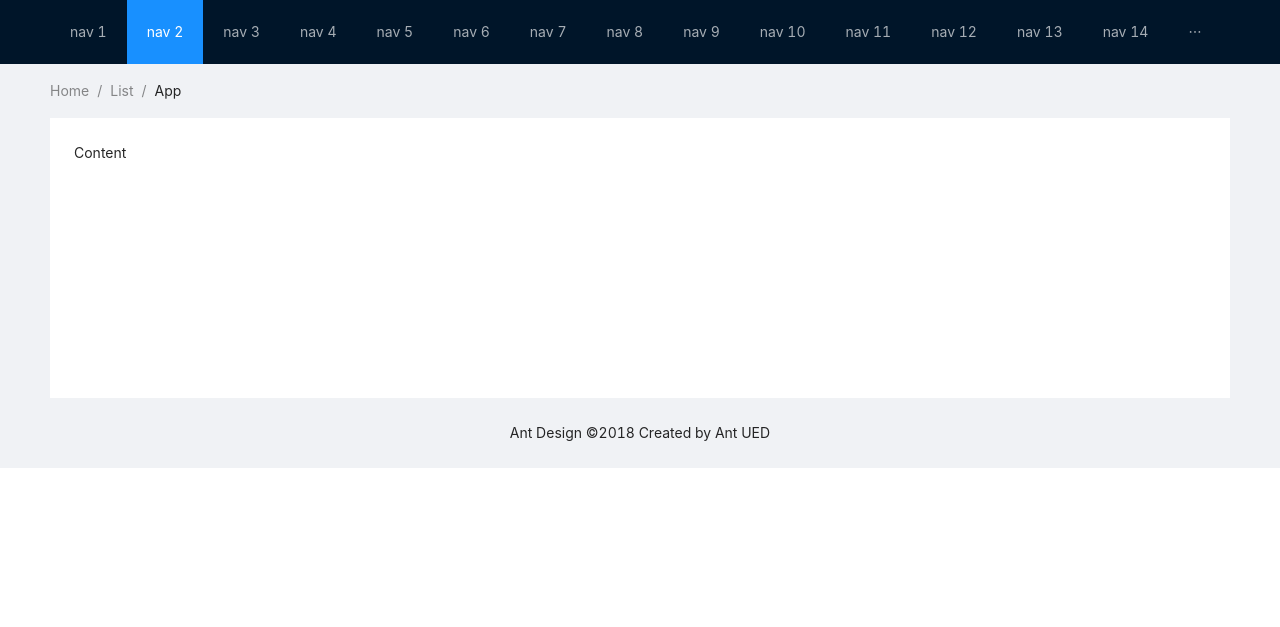
Repository: yangddoddi/community_react
Page: /
These files come from the project's save history. The page is drawn as it stood at one moment and after the next save; the edit follows.
The browser window is 1280 px wide. The pictures show the whole page.
The project was rebuilt for these pictures with package versions that can differ from the ones it lists, and the page was loaded fresh each time.

Above is the page before, as saved 2022-08-17 01:48:58.

### src/App.js
import { Breadcrumb, Layout, Menu } from "antd";
import React from "react";
import "./App.scss";
import "antd/dist/antd.css";
const { Header, Content, Footer } = Layout;

const App = () => (
  <Layout className="layout">
    <Header>
      <div className="logo" />
      <Menu
        theme="dark"
        mode="horizontal"
        defaultSelectedKeys={["2"]}
        items={new Array(15).fill(null).map((_, index) => {
          const key = index + 1;
          return {
            key,
            label: `nav ${key}`,
          };
        })}
      />
    </Header>
    <Content
      style={{
        padding: "0 50px",
      }}
    >
      <Breadcrumb
        style={{
          margin: "16px 0",
        }}
      >
        <Breadcrumb.Item>Home</Breadcrumb.Item>
        <Breadcrumb.Item>List</Breadcrumb.Item>
        <Breadcrumb.Item>App</Breadcrumb.Item>
      </Breadcrumb>
      <div className="site-layout-content">Content</div>
    </Content>
    <Footer
      style={{
        textAlign: "center",
      }}
    >
      Ant Design ©2018 Created by Ant UED
    </Footer>
  </Layout>
);

export default App;

### src/App.scss
.site-layout-content {
    min-height: 280px;
    padding: 24px;
    background: #fff;
  }
  #components-layout-demo-top .logo {
    float: left;
    width: 120px;
    height: 31px;
    margin: 16px 24px 16px 0;
    background: rgba(255, 255, 255, 0.3);
  }
  .ant-row-rtl #components-layout-demo-top .logo {
    float: right;
    margin: 16px 0 16px 24px;
  }

Loaded but not shown: public/index.html (common file); src/index.js (common file); src/index.css (common file); src/reportWebVitals.js (common file)

After the next save:
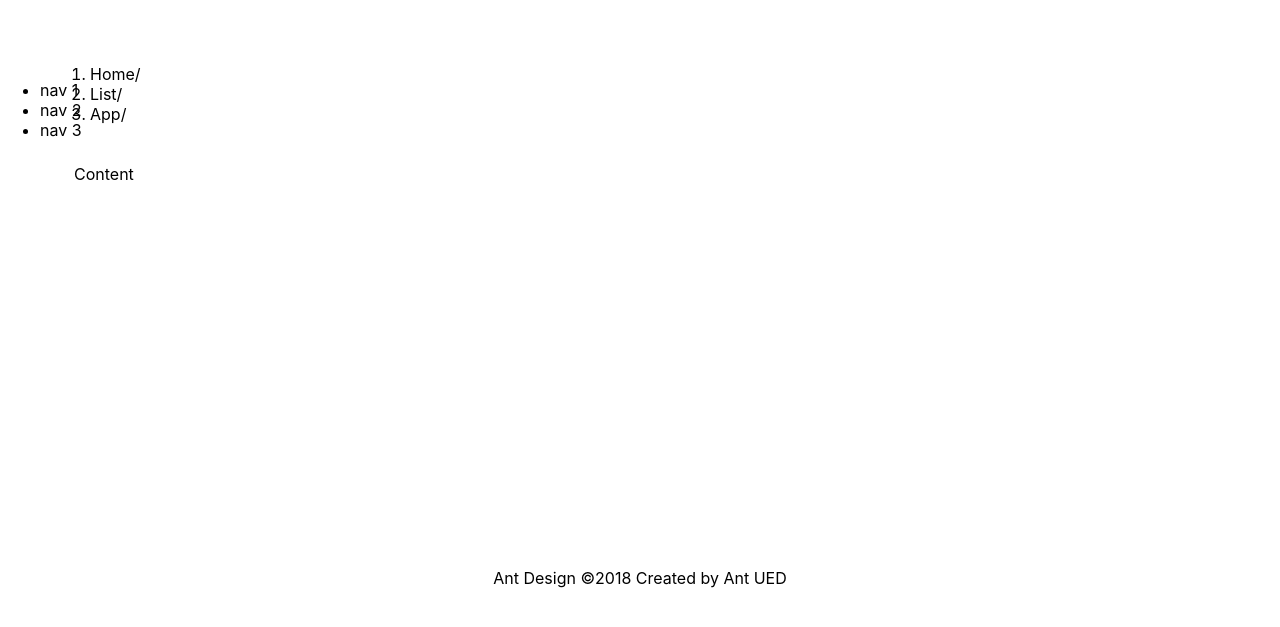
Saved 37 s later.
--- a/src/App.js
+++ b/src/App.js
@@ -1,29 +1,32 @@
 import { Breadcrumb, Layout, Menu } from "antd";
 import React from "react";
-import "./App.scss";
-import "antd/dist/antd.css";
 const { Header, Content, Footer } = Layout;
 
 const App = () => (
-  <Layout className="layout">
-    <Header>
+  <Layout>
+    <Header
+      style={{
+        position: "fixed",
+        zIndex: 1,
+        width: "100%",
+      }}
+    >
       <div className="logo" />
       <Menu
         theme="dark"
         mode="horizontal"
         defaultSelectedKeys={["2"]}
-        items={new Array(15).fill(null).map((_, index) => {
-          const key = index + 1;
-          return {
-            key,
-            label: `nav ${key}`,
-          };
-        })}
+        items={new Array(3).fill(null).map((_, index) => ({
+          key: String(index + 1),
+          label: `nav ${index + 1}`,
+        }))}
       />
     </Header>
     <Content
+      className="site-layout"
       style={{
         padding: "0 50px",
+        marginTop: 64,
       }}
     >
       <Breadcrumb
@@ -35,7 +38,15 @@ const App = () => (
         <Breadcrumb.Item>List</Breadcrumb.Item>
         <Breadcrumb.Item>App</Breadcrumb.Item>
       </Breadcrumb>
-      <div className="site-layout-content">Content</div>
+      <div
+        className="site-layout-background"
+        style={{
+          padding: 24,
+          minHeight: 380,
+        }}
+      >
+        Content
+      </div>
     </Content>
     <Footer
       style={{
